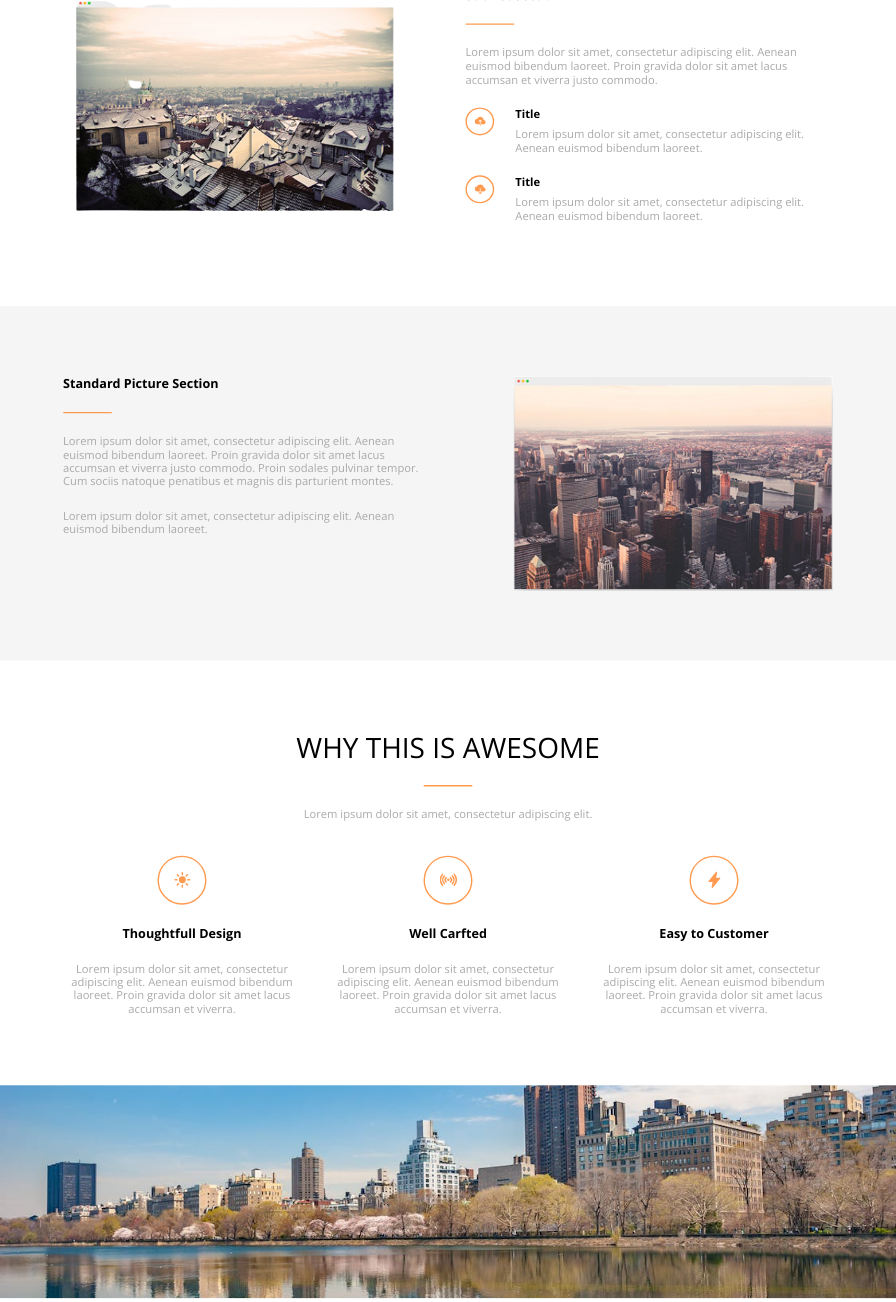
Repository: dinhtri123/axureThems
Page: index.html
These files come from the project's save history. The page is drawn as it stood at one moment and after the next save; the edit follows.
The browser window is 1280 px wide. The pictures show the part of the page from y = 1298 to 3218 px (the page is 3158 px tall before and 3218 px after), at 70% of full size.

Above is the page before, as saved 2023-02-11 16:36:01.

### index.html
<!DOCTYPE html>
<html lang="en">
  <head>
    <meta charset="UTF-8" />
    <meta http-equiv="X-UA-Compatible" content="IE=edge" />
    <meta name="viewport" content="width=device-width, initial-scale=1.0" />
    <title>Axure Themes</title>
    <script
      type="module"
      src="https://unpkg.com/ionicons@5.5.2/dist/ionicons/ionicons.esm.js"
    ></script>
    <script
      nomodule
      src="https://unpkg.com/ionicons@5.5.2/dist/ionicons/ionicons.js"
    ></script>
    <link rel="stylesheet" href="style.css" />
  </head>
  <body>
    <header>
      <div class="container headerMain">
        <a href="index.html" class="logo">
          <span>AX</span>
          <span>IT</span>
        </a>
        <nav>
          <ul>
            <li><a href="#">Features</a></li>
            <li><a href="#">About</a></li>
            <li><a href="#">Pricing</a></li>
            <li><a href="#">Reviews</a></li>
            <li><a href="#">Contact</a></li>
          </ul>
        </nav>
      </div>
    </header>
    <div class="banner">
      <div class="imageBanner">
        <img src="./image/banner.jpeg" alt="" />
      </div>
      <div class="container bannerMain">
        <div class="bannerLeft">
          <a href="index.html" class="logo logoBanner">
            <span>AX</span>
            <span>IT</span>
          </a>
          <h3>MODERN AXURE TEMPLATE FOR BEAUTIFUL PROTOTYPES</h3>
          <span class="line"></span>
          <p>
            Lorem ipsum dolor sit amet, consectetur adipiscing elit. Aenean
            euismod bibendum laoreet. Proin gravida dolor sit amet lacus
            accumsan et viverra justo commodo.
          </p>
          <button class="btn">Download</button>
        </div>
        <div class="bannerRight">
          <form autocomplete="off" class="formBanner">
            <h3>Try Your <span>FREE</span> Trial Today</h3>
            <div class="inputForm">
              <input type="text" name="name" id="name" placeholder="Name" />
              <input type="email" name="email" id="email" placeholder="Email" />
              <input
                type="password"
                name="password"
                id="password"
                placeholder="Password"
              />
            </div>
            <button class="btnForm">Get Started</button>
          </form>
        </div>
      </div>
    </div>
    <main>
      <div class="mainTabs">
        <div class="container mainTabsContent">
          <div class="tabsLeft">
            <div class="tabsNumber">
              <span>TAB 1</span>
              <span>TAB 2</span>
              <span>TAB 3</span>
            </div>
            <div class="tabsContent">
              <h3>Tabs with soft transitioning effect.</h3>
              <p>
                Lorem ipsum dolor sit amet, consectetur adipiscing elit. Aenean
                euismod bibendum laoreet. Proin gravida dolor sit amet lacus
                accumsan et viverra justo commodo. Proin sodales pulvinar
                tempor. Cum sociis natoque penatibus et magnis dis parturient
                montes.
              </p>
              <p>
                Lorem ipsum dolor sit amet, consectetur adipiscing elit. Aenean
                euismod bibendum laoreet.
              </p>
              <button class="btn btnTabs">Download</button>
            </div>
          </div>
          <div class="tabsRight">
            <img src="./image/img.png" alt="" />
          </div>
        </div>
      </div>
      <div class="mainSublist">
        <div class="container sublistMain">
          <div class="subLeft">
            <img src="./image/img2.png" alt="" />
          </div>
          <div class="subRight">
            <h3>Sub list Section</h3>
            <span class="line lineSub"></span>
            <p>
              Lorem ipsum dolor sit amet, consectetur adipiscing elit. Aenean
              euismod bibendum laoreet. Proin gravida dolor sit amet lacus
              accumsan et viverra justo commodo.
            </p>
            <div class="subDesc">
              <div class="icon">
                <ion-icon name="cloud-upload"></ion-icon>
              </div>
              <div class="subDescItem">
                <h4>Title</h4>
                <p>
                  Lorem ipsum dolor sit amet, consectetur adipiscing elit.
                  Aenean euismod bibendum laoreet.
                </p>
              </div>
            </div>
            <div class="subDesc">
              <div class="icon">
                <ion-icon name="cloud-download"></ion-icon>
              </div>
              <div class="subDescItem">
                <h4>Title</h4>
                <p>
                  Lorem ipsum dolor sit amet, consectetur adipiscing elit.
                  Aenean euismod bibendum laoreet.
                </p>
              </div>
            </div>
          </div>
        </div>
      </div>
      <div class="mainSection">
        <div class="container sectionContent">
          <div class="sectionLeft">
            <h3>Standard Picture Section</h3>
            <span class="line sectionLine"></span>
            <p>
              Lorem ipsum dolor sit amet, consectetur adipiscing elit. Aenean
              euismod bibendum laoreet. Proin gravida dolor sit amet lacus
              accumsan et viverra justo commodo. Proin sodales pulvinar tempor.
              Cum sociis natoque penatibus et magnis dis parturient montes.
            </p>
            <p>
              Lorem ipsum dolor sit amet, consectetur adipiscing elit. Aenean
              euismod bibendum laoreet.
            </p>
          </div>
          <div class="sectionRight">
            <img src="./image/img4.jpg" alt="" />
          </div>
        </div>
      </div>
      <div class="mainAwesome">
        <div class="container awesomeContent">
          <h2>WHY THIS IS AWESOME</h2>
          <span class="line lineSub"></span>
          <p>Lorem ipsum dolor sit amet, consectetur adipiscing elit.</p>
          <div class="awesomeItems">
            <div class="awesomeCard">
              <div class="icon iconAwesome">
                <ion-icon name="sunny"></ion-icon>
              </div>
              <h3>Thoughtfull Design</h3>
              <p>
                Lorem ipsum dolor sit amet, consectetur adipiscing elit. Aenean
                euismod bibendum laoreet. Proin gravida dolor sit amet lacus
                accumsan et viverra.
              </p>
            </div>
            <div class="awesomeCard">
              <div class="icon iconAwesome">
                <ion-icon name="radio"></ion-icon>
              </div>
              <h3>Well Carfted</h3>
              <p>
                Lorem ipsum dolor sit amet, consectetur adipiscing elit. Aenean
                euismod bibendum laoreet. Proin gravida dolor sit amet lacus
                accumsan et viverra.
              </p>
            </div>
            <div class="awesomeCard">
              <div class="icon iconAwesome">
                <ion-icon name="flash"></ion-icon>
              </div>
              <h3>Easy to Customer</h3>
              <p>
                Lorem ipsum dolor sit amet, consectetur adipiscing elit. Aenean
                euismod bibendum laoreet. Proin gravida dolor sit amet lacus
                accumsan et viverra.
              </p>
            </div>
          </div>
        </div>
      </div>
      <div class="mainStylish">
        <div class="stylishBanner">
          <img src="./image/banner12.jpeg" alt="" />
        </div>
        <div class="container stylishContent">
          <h2 class="stylishTitle">STYLISH AXURE DESIGN</h2>
          <span class="line"></span>
          <p>Use the sections you need, remove the ones you don't.  Create gorgeous prototypes faster than ever!</p>
          <button class="btn">Download</button>
        </div>
      </div>
    </main>
  </body>
</html>

### style.css
@import url("https://fonts.googleapis.com/css2?family=Open+Sans:wght@400;500;600;700&display=swap");
* {
  margin: 0;
  padding: 0;
  box-sizing: border-box;
  scroll-behavior: smooth;
}
:root {
  --bg-black: #000;
  --bg-white: #fff;
  --bg-orange: #ff9b51;
  --bg-light: #f5f5f5;
  --bg-gray: #dfdfdf;
  --bg-text: #a9aaac;
}
body {
  font-family: "Open Sans", sans-serif;
  font-weight: 400;
  font-size: 16px;
  line-height: 1.2;
  width: 100%;
  max-height: 100vh;
  height: 100%;
  color: var(--bg-white);
}
button,
a,
input {
  cursor: pointer;
  text-decoration: none;
  border: none;
  outline: none;
}
.container {
  max-width: 1100px;
  width: 100%;
  height: 100%;
  margin: 0px auto;
}

header {
  width: 100%;
  height: 70px;
  background: var(--bg-black);
}
.headerMain {
  display: flex;
  justify-content: space-between;
  align-items: center;
}
.logo {
  display: flex;
  text-decoration: none;
  font-size: 30px;
}
.logo span:first-child {
  font-weight: 700;
  color: var(--bg-white);
}
.logo span:last-child {
  font-weight: 400;
  color: var(--bg-orange);
}
nav ul {
  display: flex;
  align-items: center;
  gap: 40px;
  list-style: none;
}
nav ul li a {
  text-decoration: none;
  color: var(--bg-white);
}

/* --------------------- */

/* --------BANNER------------ */

.banner {
  width: 100%;
  background: var(--bg-black);
  position: relative;
}
.imageBanner {
  position: absolute;
  inset: 0;
  width: 100%;
  height: 100%;
  z-index: 0;
  filter: brightness(0.5);
}
.imageBanner img {
  width: 100%;
  height: 100%;
  object-fit: cover;
}
.bannerMain {
  padding: 100px 0px;
  display: grid;
  grid-template-columns: repeat(2, 1fr);
  gap: 50px;
  z-index: 10;
  isolation: isolate;
}
.bannerLeft {
  display: flex;
  flex-direction: column;
  gap: 30px;
}
.bannerRight {
  display: flex;
  justify-content: end;
  align-items: center;
}

.logoBanner {
  font-size: 60px;
}
.bannerLeft > h3 {
  font-size: 35px;
  font-weight: 300;
}
.line {
  width: 70px;
  height: 2px;
  background-color: var(--bg-white);
  border-radius: 8px;
}

.btn {
  width: 135px;
  height: 45px;
  border: 2px solid var(--bg-white);
  display: flex;
  justify-content: center;
  align-items: center;
  font-weight: 600;
  background: transparent;
  color: var(--bg-white);
}

.formBanner {
  width: 360px;
  height: 360px;
  border-radius: 6px;
  background: var(--bg-white);
  display: flex;
  flex-direction: column;
  justify-content: space-between;
  align-items: center;
  overflow: hidden;
}
.formBanner > h3 {
  width: 100%;
  height: 55px;
  font-size: 22px;
  color: var(--bg-black);
  font-weight: 700;
  background: var(--bg-light);
  display: flex;
  justify-content: center;
  align-items: center;
}
.formBanner > h3 > span {
  color: var(--bg-orange);
  padding: 0px 10px;
}
.inputForm {
  width: 100%;
  height: 250px;
  padding: 0px 50px;
  display: flex;
  flex-direction: column;
  justify-content: center;
  gap: 20px;
}
.inputForm input {
  border: none;
  border-bottom: 2px solid var(--bg-light);
  padding: 0px 10px;
  width: 100%;
  height: 40px;
  outline: none;
}
.inputForm input::placeholder {
  color: var(--bg-gray);
}
.btnForm {
  width: 100%;
  height: 55px;
  background: var(--bg-orange);
  display: flex;
  justify-content: center;
  align-items: center;
  font-weight: 600;
  color: var(--bg-white);
  border: none;
  outline: none;
  font-size: 17px;
}
/* -------------------------- */

/* -----main------- */

.mainTabs {
  width: 100%;
  background: var(--bg-light);
}

.mainTabsContent {
  width: 100%;
  padding: 100px 0px;
  color: var(--bg-black);
  display: grid;
  grid-template-columns: 2fr 1fr;
  gap: 50px;
}
.tabsLeft {
  display: flex;
  gap: 80px;
}

.tabsNumber {
  display: flex;
  flex-direction: column;
}
.tabsNumber span {
  width: 110px;
  height: 110px;
  display: flex;
  justify-content: center;
  align-items: center;
  color: var(--bg-white);
  background: #333333;
  cursor: pointer;
}
.tabsNumber span:nth-child(2) {
  border-top: 2px solid var(--bg-light);
  border-bottom: 2px solid var(--bg-light);
}
.tabsContent {
  display: flex;
  gap: 30px;
  flex-direction: column;
}

.tabsContent p {
  color: var(--bg-text);
}
.btnTabs {
  background: var(--bg-orange);
  border: none;
  border-radius: 6px;
}
.lineSub {
  background: var(--bg-orange);
}

.sublistMain {
  width: 100%;
  padding: 100px 0px;
  display: grid;
  grid-template-columns: 1fr 1fr;
  gap: 50px;
}

.subRight {
  display: flex;
  flex-direction: column;
  gap: 30px;
  color: var(--bg-black);
}
h3 {
  font-size: 18px;
}
.subRight p {
  color: var(--bg-text);
}

.subDesc {
  display: flex;
  gap: 30px;
}
.icon {
  width: 60px;
  height: 40px;
  border: 2px solid var(--bg-orange);
  display: flex;
  justify-content: center;
  align-items: center;
  color: var(--bg-orange);
  border-radius: 50%;
}
.subDescItem {
  display: flex;
  flex-direction: column;
  gap: 10px;
}
.subDescItem > p {
  color: var(--bg-text);
}

.mainSection {
  width: 100%;
  background: var(--bg-light);
}
.sectionContent {
  width: 100%;
  padding: 100px 0px;
  display: grid;
  grid-template-columns: 1fr 1fr;
  gap: 50px;
}
.sectionLeft {
  display: flex;
  flex-direction: column;
  gap: 30px;
  color: var(--bg-black);
}
.sectionLine {
  background-color: var(--bg-orange);
}
.sectionLeft p {
  color: var(--bg-text);
}
.sectionRight {
  display: flex;
  justify-content: end;
}

.awesomeContent {
  width: 100%;
  padding: 100px 0px;
  display: flex;
  flex-direction: column;
  align-items: center;
  gap: 30px;
  color: var(--bg-black);
}
h2 {
  font-size: 40px;
  font-weight: 400;
}
.awesomeContent p {
  color: var(--bg-text);
  text-align: center;
}
.iconAwesome {
  width: 70px;
  height: 70px;
  font-size: 25px;
}
.awesomeItems {
  display: grid;
  grid-template-columns: repeat(3, 1fr);
  gap: 40px;
  margin-top: 20px;
}
.awesomeCard {
  display: flex;
  flex-direction: column;
  gap: 30px;
  align-items: center;
}

.mainStylish {
  position: relative;
  width: 100%;
}
.stylishBanner {
  position: absolute;
  inset: 0;
  width: 100%;
  height: 100%;
}
.stylishBanner img {
  width: 100%;
  height: 100%;
  object-fit: cover;
}
.stylishContent {
  display: flex;
  flex-direction: column;
  gap: 30px;
  align-items: center;
  padding:50px 0px;
}
.stylishTitle {
  color: var(--bg-white);
}

After the next save:
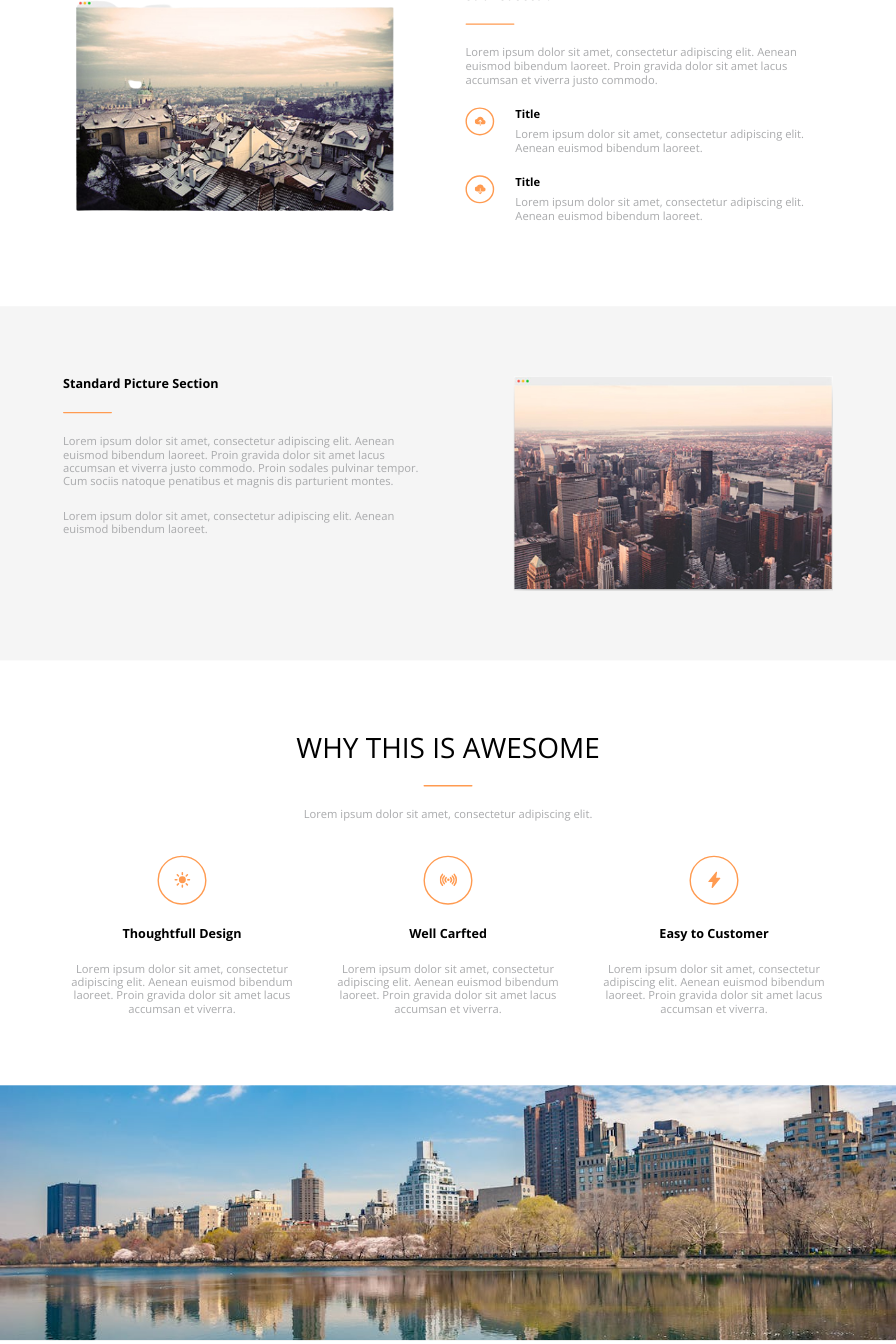
Saved 10 s later.
--- a/style.css
+++ b/style.css
@@ -383,7 +383,7 @@ h2 {
   flex-direction: column;
   gap: 30px;
   align-items: center;
-  padding:50px 0px;
+  padding:80px 0px;
 }
 .stylishTitle {
   color: var(--bg-white);
